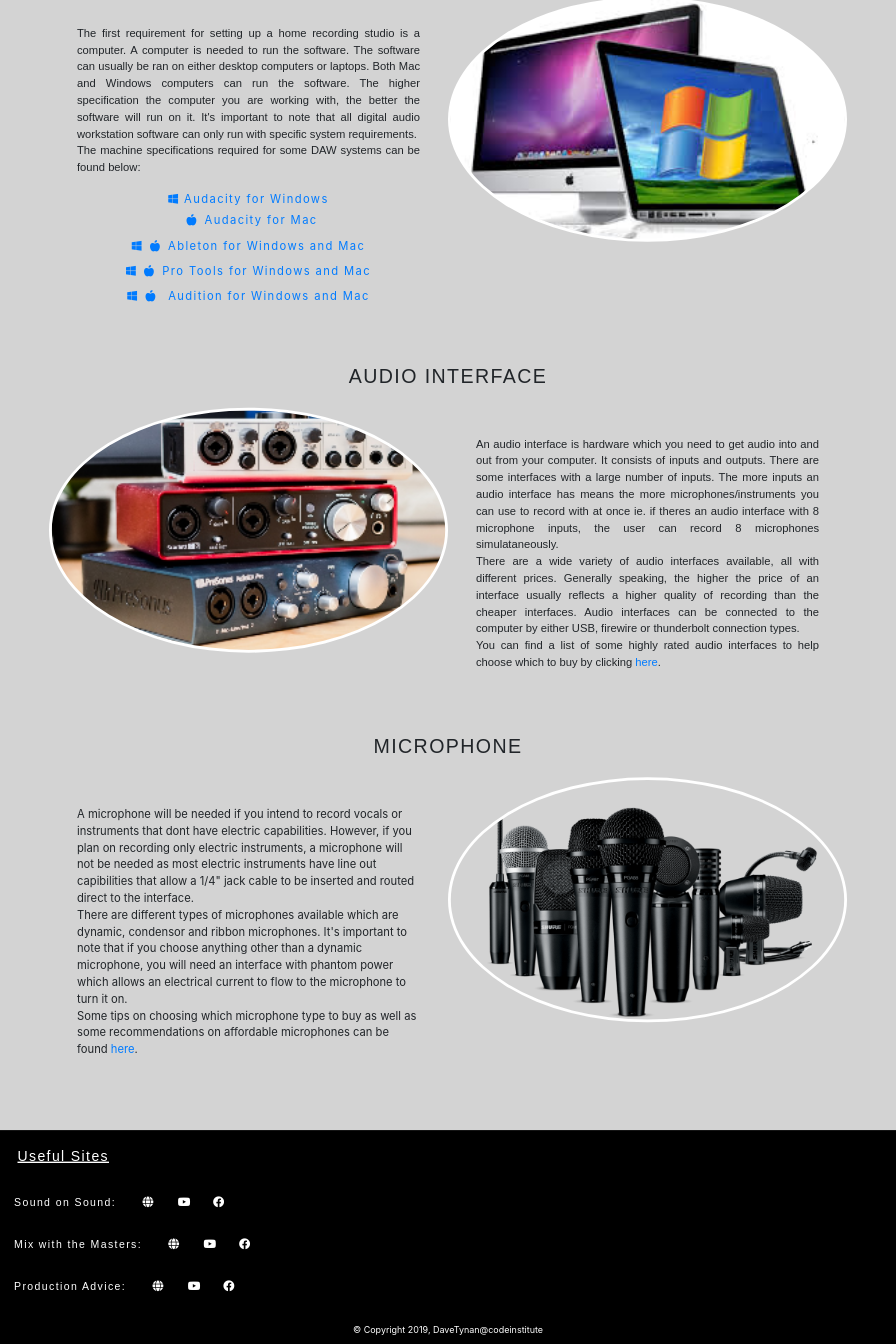
Repository: djjtyn/CIMilestoneProject1
Page: index.html
The author's editor kept a record of every edit. The page is drawn from the files as they stood at one moment, then again after the next edit.
The browser window is 1280 px wide. The pictures show the part of the page from y = 1439 to 3359 px (the page is 3359 px tall before and 3319 px after), at 70% of full size.
Some web libraries are served in a nearby version.

Above is the page before.
Console error (its wording comes from the project's code and is left out).

After the next edit:
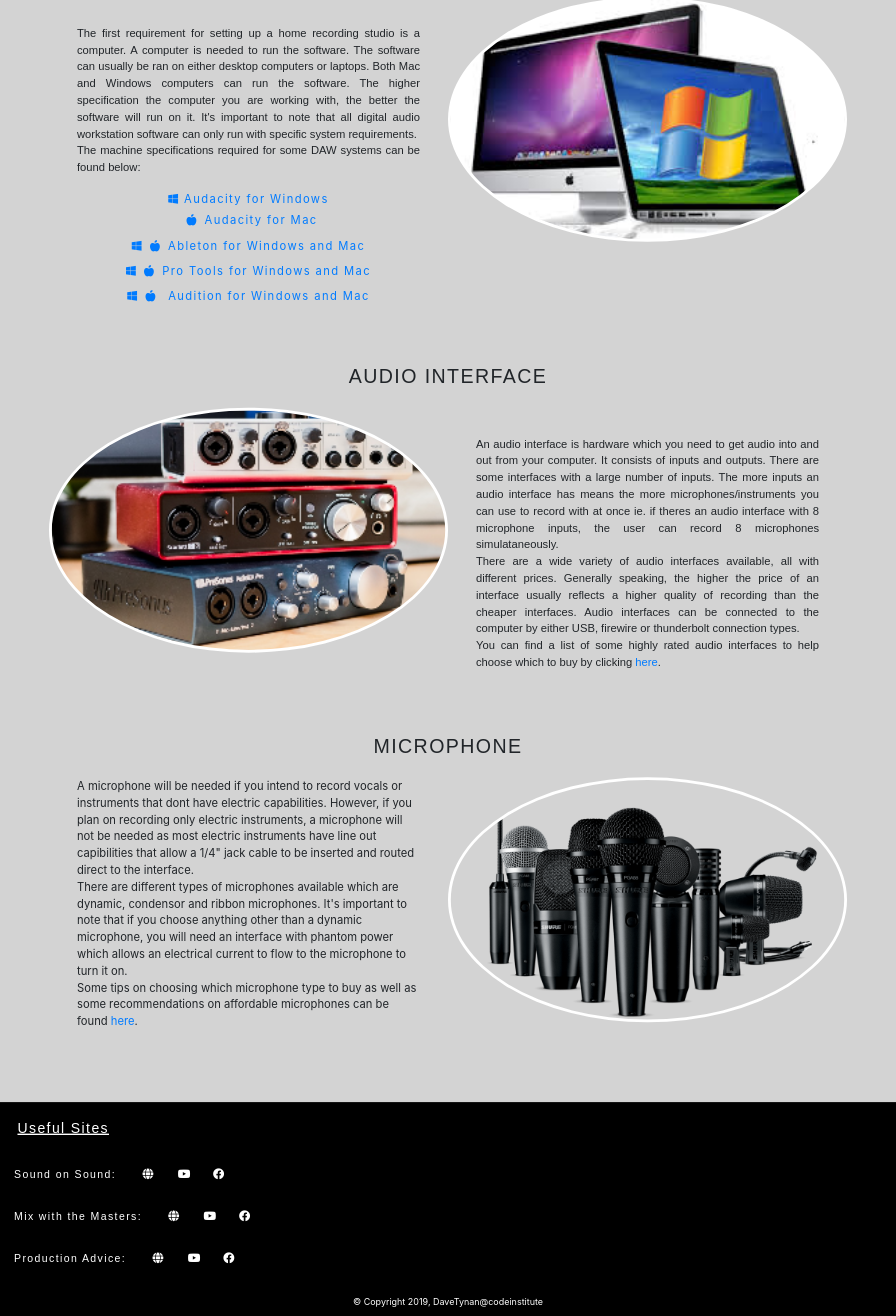
The edit:
--- a/css/style.css
+++ b/css/style.css
@@ -146,7 +146,7 @@
 
 .mictxt{
    padding:40px;
-   padding-top: 5;
+   padding-top: 0;
 }
 
 .comp, .mic, .int{
